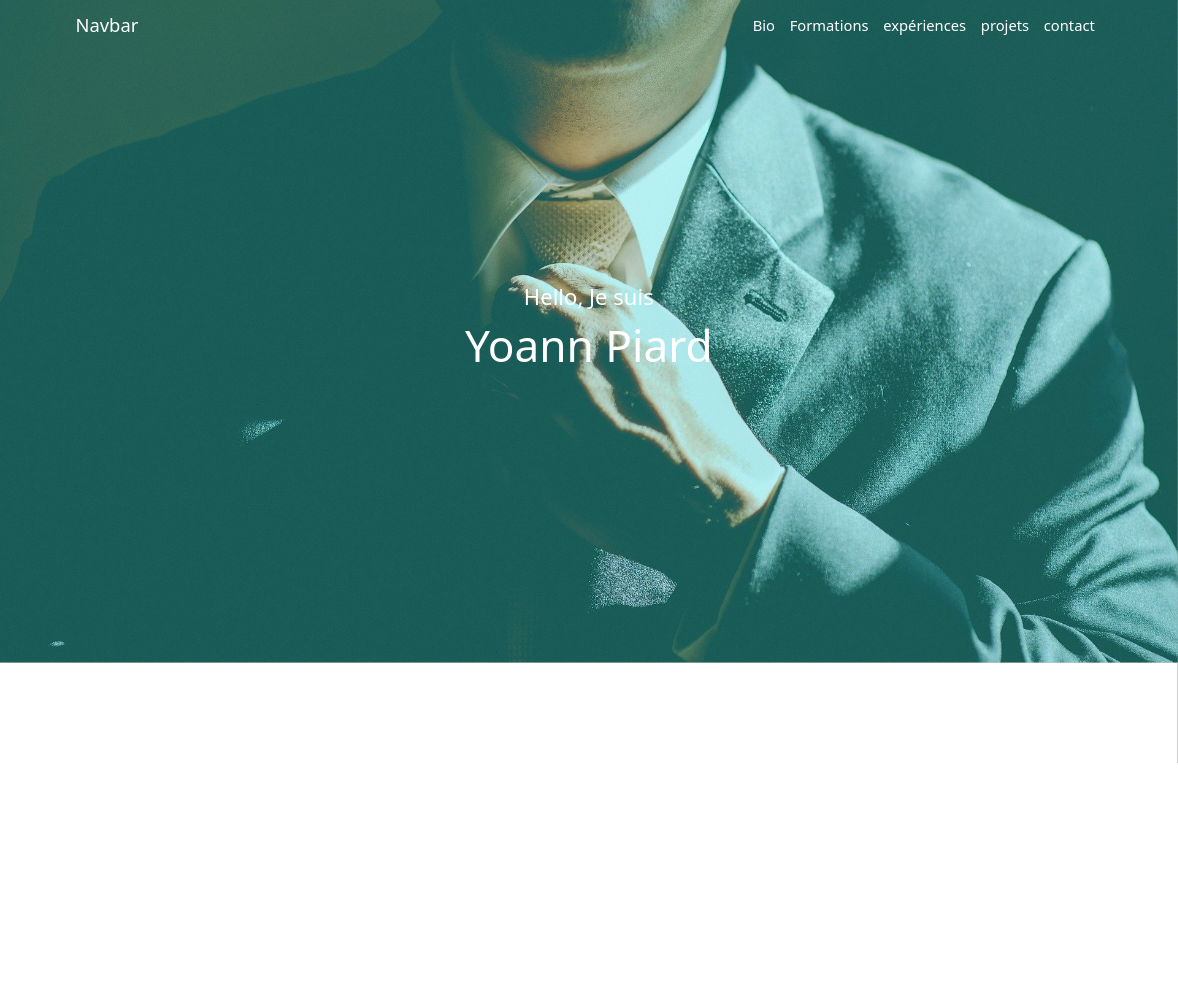
Repository: ypiard85/port-folio-bootstrap-yoann-2021
Page: index.html
The author's editor kept a copy of each file at every save. The page is drawn from the files as they stood at one save, then again after the next save.
The browser window is 1280 px wide. The pictures show the whole page, at 92% of full size.

Above is the page before, as saved 2021-03-09 14:45:54.

### index.html
<!DOCTYPE html>
<html lang="en">
  <head>
    <meta charset="UTF-8" />
    <meta http-equiv="X-UA-Compatible" content="IE=edge" />
    <meta name="viewport" content="width=device-width, initial-scale=1.0" />
    <link rel="stylesheet" href="https://use.fontawesome.com/releases/v5.15.2/css/all.css" integrity="sha384-vSIIfh2YWi9wW0r9iZe7RJPrKwp6bG+s9QZMoITbCckVJqGCCRhc+ccxNcdpHuYu" crossorigin="anonymous">
    <!-- CSS only -->
    <link rel="stylesheet" href="./resource/style.css" />
    <link
      href="https://cdn.jsdelivr.net/npm/bootstrap@5.0.0-beta2/dist/css/bootstrap.min.css"
      rel="stylesheet"
      integrity="sha384-BmbxuPwQa2lc/FVzBcNJ7UAyJxM6wuqIj61tLrc4wSX0szH/Ev+nYRRuWlolflfl"
      crossorigin="anonymous"
    />
    <title>Document</title>
  </head>
  <body>
    <nav class="navbar position-fixed w-100 navbar-expand-lg navbar-light">
      <div class="container">
        <a class="navbar-brand" href="#">Navbar</a>
        <button
          class="navbar-toggler"
          type="button"
          data-bs-toggle="collapse"
          data-bs-target="#navbarNav"
          aria-controls="navbarNav"
          aria-expanded="false"
          aria-label="Toggle navigation"
        >
          <span class="navbar-toggler-icon"></span>
        </button>
        <div class="collapse navbar-collapse" id="navbarNav">
          <ul class="navbar-nav">
            <li class="nav-item">
              <a class="nav-link active" aria-current="page" href="#bio">Bio</a>
            </li>
            <li class="nav-item">
              <a class="nav-link" href="#formation">Formations</a>
            </li>
            <li class="nav-item">
              <a class="nav-link" href="#experience">expériences</a>
            </li>
            <li class="nav-item">
              <a class="nav-link" href="#projet">projets</a>
            </li>
            <li class="nav-item">
              <a class="nav-link" href="#contact">contact</a>
            </li>
          </ul>
        </div>
      </div>
    </nav>

    <header
      class="container-fluid flex-column
          d-flex align-items-center justify-content-center"
    >
      <h4>Hello, Je suis</h4>
      <h1>Yoann Piard</h1>
    </header>

    <section class="about_me in container mb-5">
      <div class="about_card rounded shadow">
        <div class="container">
          <div class="row">
            <div class="col-md-7  col-sm-12 p-3 align-self-center">
              <h4>A propos de moi</h4>
              <p>
                Passionné par l'informatique depuis mon plus jeune âge, je me
                suis tout naturellement orienté vers dans le secteur du
                développement web et logiciel. Depuis 2019, je mets mon savoir
                auprès d'associations et entreprises, les aidant à augmenter
                leurs visibilités sur internet. Aujourd'hui, je cherche à
                intégrer une entreprise afin de travailler sur des projets
                concrets et de monter en compétence.
              </p>
              <ul class="d-flex">
                  <li><a href=""><i class="fab fa-instagram"></i></a></li>
                  <li><a href=""><i class="fab fa-linkedin-in"></i></a></li>
                  <li><a href=""><i class="fab fa-github"></i></a></li>
              </ul>
            </div>
            <div class="col-md-5 col-sm-12 p-3 d-none d-md-block">
              <img src="./resource/image/yoann_piard.png" alt="" />
            </div>
          </div>
        </div>
      </div>
    </section>

    <!-- JavaScript Bundle with Popper -->
    <script
      src="https://cdn.jsdelivr.net/npm/bootstrap@5.0.0-beta2/dist/js/bootstrap.bundle.min.js"
      integrity="sha384-b5kHyXgcpbZJO/tY9Ul7kGkf1S0CWuKcCD38l8YkeH8z8QjE0GmW1gYU5S9FOnJ0"
      crossorigin="anonymous"
    ></script>
    <script src="https://unpkg.com/scrollreveal"></script>
    <script src="./resource/scrollreveal.js"></script>
    <script src="./resource/app.js"></script>
  </body>
</html>

### resource/style.css
@import url('https://fonts.googleapis.com/css2?family=Open+Sans+Condensed:wght@300&display=swap');

*{
    transition: 0.3s;
}

html{
    font-family: 'Open Sans Condensed', sans-serif!important;
}

.navbar-collapse{
    flex-grow: 0!important;
}

nav a{
    color: white!important;
}

header{
    height: 100vh;
    background: gray;
    background-image: linear-gradient(90deg, rgba(0,231,249,0.2780462526807598) 100%, rgba(0,4,24,0.4405112386751575) 74%), url('./image/about-section.jpg');
    background-repeat: no-repeat;
    background-size: cover;
    background-position: top center;
    color: white;
}

header h1{
    font-weight: normal;
    font-size: 3em;
}

.about_card{
    margin: auto;
    width: 800px;
    max-width: 100%;
    background-color: white;
}


.about_card img{
    width: 100%;
    max-width: 80%;
}

.about_card ul{
    list-style: none;
    padding: 0;
}

.about_card li{
    margin-right: 10px;
}

.in{
    transform: translateY(-50px);
}

### resource/scrollreveal.js
ScrollReveal().reveal('.about_me', {
    delay: 250,
    duration: 500,
    reset: true,
    origin: 'bottom',
    distance: '20%'
});

### resource/app.js
ScrollReveal().reveal('.about_me', {
    delay: 250,
    duration: 1000,
    reset: true,
    origin: 'bottom',
    distance: '20%'
});

After the next save:
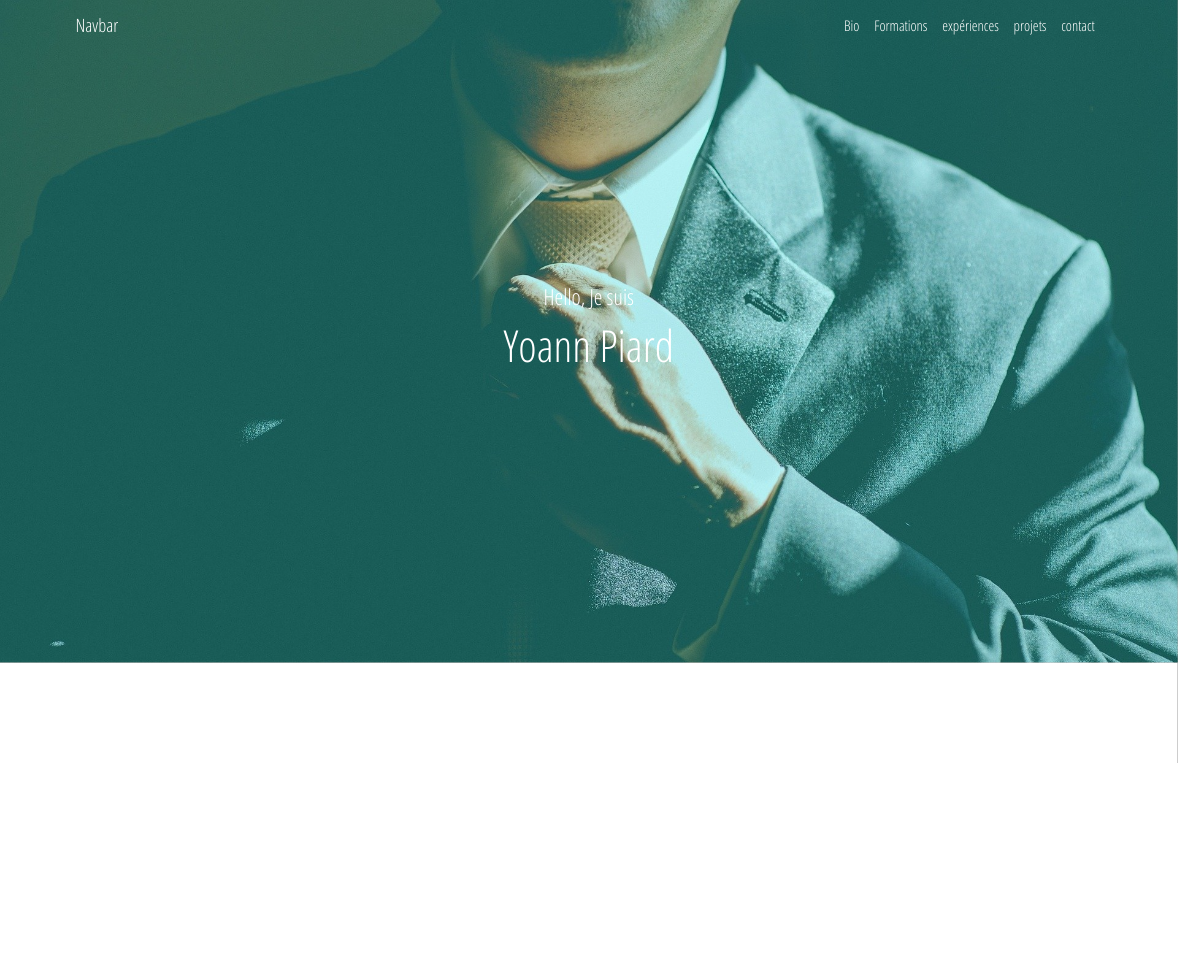
Saved 10 s later.
--- a/resource/style.css
+++ b/resource/style.css
@@ -2,10 +2,11 @@
 
 *{
     transition: 0.3s;
+    font-family: 'Open Sans Condensed', sans-serif!important;
+
 }
 
 html{
-    font-family: 'Open Sans Condensed', sans-serif!important;
 }
 
 .navbar-collapse{
